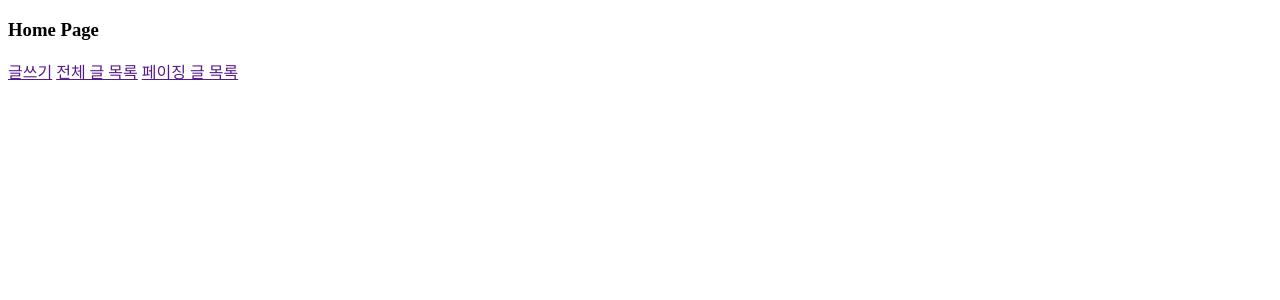
Repository: gitgw016/spring
Page: http://localhost/mvc_part05_board/
The author's editor kept a copy of each file at every save. The page is drawn from the files as they stood at one save, then again after the next save.
The browser window is 1280 px wide. The pictures show the whole page.
The page is served by Tomcat 9.

Above is the page before, as saved 2022-01-14 00:22:02.

After the next save:
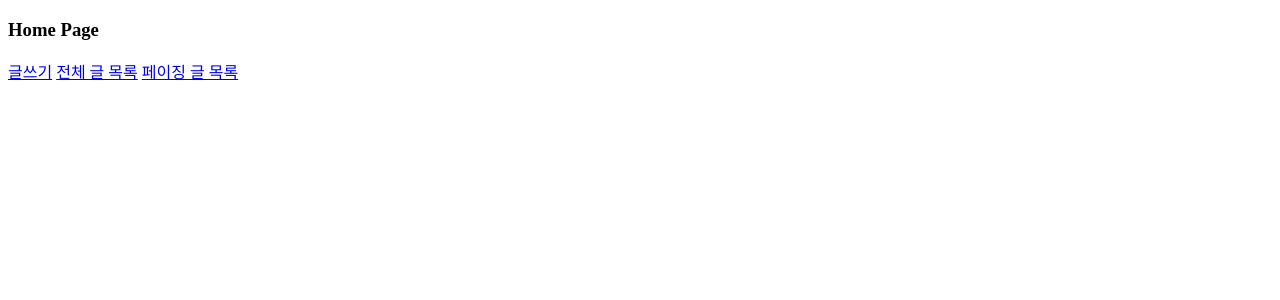
Saved 7 s later.
--- a/mvc_part05_board/src/main/webapp/WEB-INF/views/home.jsp
+++ b/mvc_part05_board/src/main/webapp/WEB-INF/views/home.jsp
@@ -8,8 +8,8 @@
 </head>
 <body>
 	<h3>Home Page</h3>
-	<a href="">글쓰기</a>
-	<a href="">전체 글 목록</a>
-	<a href="">페이징 글 목록</a>
+	<a href="#">글쓰기</a>
+	<a href="#">전체 글 목록</a>
+	<a href="#">페이징 글 목록</a>
 </body>
 </html>
